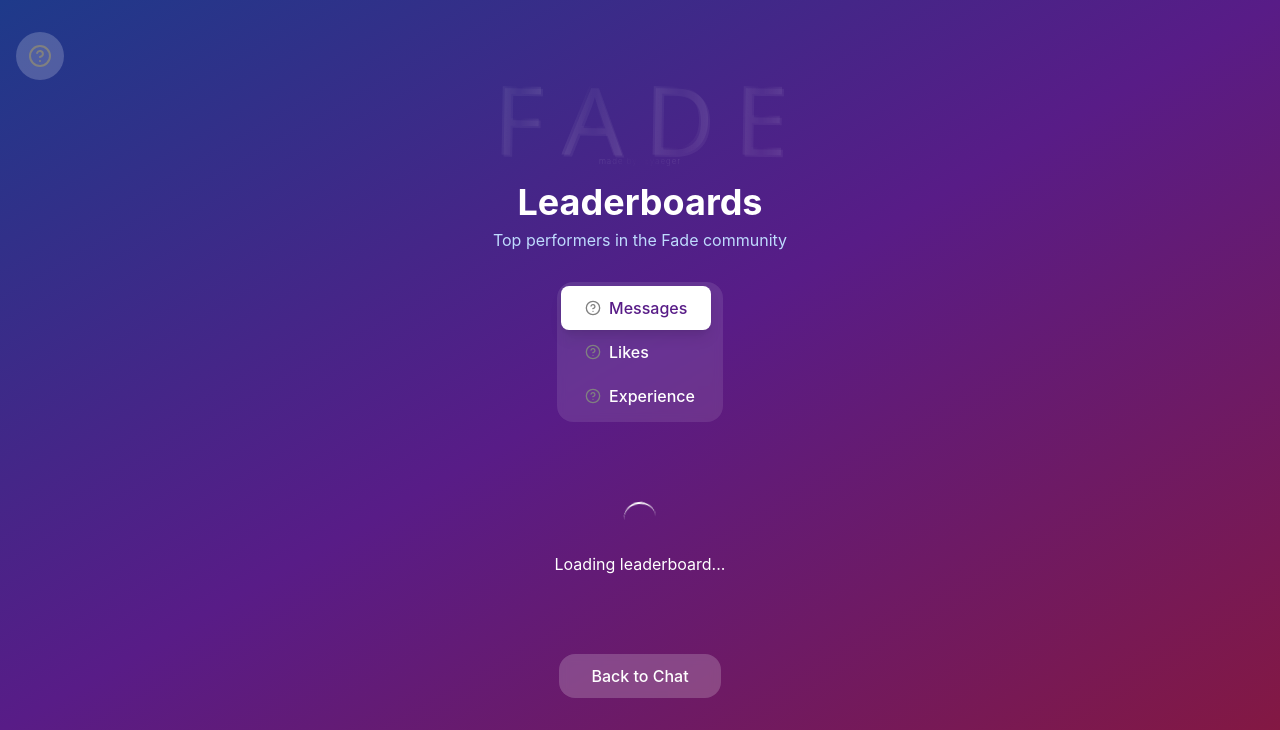
Repository: yaegerbomb42/fade
Page: /leaderboards
The author's editor kept a copy of each file at every save. The page is drawn from the files as they stood at one save, then again after the next save.
The browser window is 1280 px wide. The pictures show the whole page.
The page's requests for data from a server got no answer. The project was rebuilt for these pictures with package versions that can differ from the ones it lists, and the page was loaded fresh each time. No one was signed in, and anything a server would have sent is missing. Also part of the build but not shown: vite.config.mjs, src/components/ErrorBoundary.jsx, src/components/ui/ChannelSelector.jsx, src/components/ui/StatisticsPanel.jsx, src/components/ui/MessageInputPanel.jsx, src/components/ui/TypingIndicatorManager.jsx, src/utils/mobileUtils.js, src/components/auth/AuthModal.jsx and 11 more.

Above is the page before, as saved 2025-07-12 15:17:36.

### index.html
<!doctype html>
<html lang="en">
  <head>
    <meta charset="utf-8" />
    <title>Fade</title>
    <meta name="viewport" content="width=device-width, initial-scale=1.0" />
    <meta name="theme-color" content="#000000" />
    <meta name="description" content="FADE - Ephemeral chat that's here now, gone forever" />
    <meta http-equiv="Content-Security-Policy" content="default-src 'self'; script-src 'self' 'unsafe-inline' 'unsafe-eval' https://static.rocket.new https://pl27125133.profitableratecpm.com https://pl27125481.profitableratecpm.com; style-src 'self' 'unsafe-inline'; img-src 'self' data: https: blob:; connect-src 'self' https://vibrant-bubble-chat-default-rtdb.firebaseio.com wss://s-usc1c-nss-2103.firebaseio.com https://pl27125133.profitableratecpm.com https://pl27125481.profitableratecpm.com; frame-src 'self' https://pl27125133.profitableratecpm.com https://pl27125481.profitableratecpm.com; object-src 'none';">
    <link rel="icon" type="image/svg+xml" href="/favicon.svg" />
    <link rel="manifest" href="/manifest.json" />
<script type="module" src="https://static.rocket.new/rocket-web.js?_cfg=https%3A%2F%2Fvibrantbu8554back.builtwithrocket.new&_be=https%3A%2F%2Fapplication.rocket.new&_v=0.1.4"></script>
</head>
  <body>
    <noscript>You need to enable JavaScript to run this app.</noscript>
    <div class="dhiwise-code" id="root"></div>
    <script type="module" src="/src/index.jsx"></script>
  </body>
</html>

### src/index.jsx
import React from "react";
import { createRoot } from "react-dom/client";
import App from "./App";
import "./styles/tailwind.css";
import "./styles/index.css";

// Register service worker for Monetag verification
if ('serviceWorker' in navigator) {
  window.addEventListener('load', () => {
    navigator.serviceWorker.register('/sw.js')
      .then((registration) => {
        console.log('SW registered: ', registration);
      })
      .catch((registrationError) => {
        console.log('SW registration failed: ', registrationError);
      });
  });
}

const container = document.getElementById("root");
const root = createRoot(container);

root.render(<App />);

### src/App.jsx
import React, { useState, useEffect } from "react";
import { initializeApp } from 'firebase/app';
import { getDatabase } from 'firebase/database';
import Routes from "./Routes";
import { AuthProvider } from "./contexts/AuthContext";

// Firebase configuration
const firebaseConfig = {
  apiKey: "AIzaSyAX1yMBRCUxfsArQWG5XzN4mx-sk4hgqu0",
  authDomain: "vibrant-bubble-chat.firebaseapp.com",
  databaseURL: "https://vibrant-bubble-chat-default-rtdb.firebaseio.com",
  projectId: "vibrant-bubble-chat",
  storageBucket: "vibrant-bubble-chat.appspot.com",
  messagingSenderId: "1084858947817",
  appId: "1:1084858947817:web:bc63c68c7192a742713878"
};

function App() {
  const [database, setDatabase] = useState(null);

  useEffect(() => {
    const app = initializeApp(firebaseConfig);
    setDatabase(getDatabase(app));
  }, []);

  if (!database) {
    return (
      <div className="min-h-screen bg-gradient-to-br from-blue-900 via-purple-900 to-pink-900 flex items-center justify-center">
        <div className="text-white text-xl">Initializing...</div>
      </div>
    );
  }

  return (
    <AuthProvider database={database}>
      <Routes />
    </AuthProvider>
  );
}

export default App;

### src/Routes.jsx
import React from "react";
import { BrowserRouter, Routes as RouterRoutes, Route } from "react-router-dom";
import ScrollToTop from "components/ScrollToTop";
import ErrorBoundary from "components/ErrorBoundary";
import MainChatInterface from "pages/main-chat-interface";
import PrivacyPolicy from "pages/PrivacyPolicy";
import NotFound from "pages/NotFound";
import Leaderboards from "pages/Leaderboards";
import { initializeApp } from 'firebase/app';
import { getDatabase } from 'firebase/database';

// Firebase configuration
const firebaseConfig = {
  apiKey: "AIzaSyAX1yMBRCUxfsArQWG5XzN4mx-sk4hgqu0",
  authDomain: "vibrant-bubble-chat.firebaseapp.com",
  databaseURL: "https://vibrant-bubble-chat-default-rtdb.firebaseio.com",
  projectId: "vibrant-bubble-chat",
  storageBucket: "vibrant-bubble-chat.appspot.com",
  messagingSenderId: "1084858947817",
  appId: "1:1084858947817:web:bc63c68c7192a742713878"
};

const app = initializeApp(firebaseConfig);
const database = getDatabase(app);

const Routes = () => {
  return (
    <BrowserRouter>
      <ErrorBoundary>
        <ScrollToTop />
        <RouterRoutes>
          <Route path="/" element={<MainChatInterface />} />
          <Route path="/channel/:channelId" element={<MainChatInterface />} />
          <Route path="/main-chat-interface" element={<MainChatInterface />} />
          <Route path="/leaderboards" element={<Leaderboards database={database} />} />
          <Route path="/privacy" element={<PrivacyPolicy />} />
          <Route path="*" element={<NotFound />} />
        </RouterRoutes>
      </ErrorBoundary>
    </BrowserRouter>
  );
};

export default Routes;

### src/pages/Leaderboards.jsx
import React, { useState, useEffect } from 'react';
import { useNavigate } from 'react-router-dom';
import { getDatabase, ref, query, orderByChild, limitToLast, get } from 'firebase/database';
import Icon from '../components/AppIcon';
import FadeLogo from '../pages/main-chat-interface/components/FadeLogo';

const Leaderboards = ({ database }) => {
  const navigate = useNavigate();
  const [activeTab, setActiveTab] = useState('messages');
  const [allUsers, setAllUsers] = useState([]);
  const [loading, setLoading] = useState(true);

  // Create placeholder data when no real data exists
  const getPlaceholderData = () => [
    { username: 'Be the first!', totalMessages: 0, totalLikes: 0, xp: 0, level: 1, isPlaceholder: true },
    { username: 'Start chatting', totalMessages: 0, totalLikes: 0, xp: 0, level: 1, isPlaceholder: true },
    { username: 'Join the fun', totalMessages: 0, totalLikes: 0, xp: 0, level: 1, isPlaceholder: true }
  ];

  useEffect(() => {
    if (!database) return;

    const loadAllUsers = async () => {
      setLoading(true);
      try {
        const usersRef = ref(database, 'users');
        const snapshot = await get(usersRef);

        if (snapshot.exists()) {
          const users = Object.entries(snapshot.val())
            .map(([username, userData]) => ({
              username,
              ...userData,
              totalMessages: userData.totalMessages || 0,
              totalLikes: userData.totalLikes || 0,
              xp: userData.xp || 0
            }))
            .filter(user => user.totalMessages > 0 || user.totalLikes > 0 || user.xp > 0);

          setAllUsers(users);
        } else {
          setAllUsers([]);
        }
      } catch (error) {
        console.error('Error loading users:', error);
        setAllUsers([]);
      } finally {
        setLoading(false);
      }
    };

    loadAllUsers();
  }, [database]);

  const getTopUsers = () => {
    let orderField = 'totalMessages';
    if (activeTab === 'likes') orderField = 'totalLikes';
    else if (activeTab === 'xp') orderField = 'xp';

    const realUsers = allUsers
      .sort((a, b) => (b[orderField] || 0) - (a[orderField] || 0))
      .slice(0, 10);

    // If no real users, show placeholder data
    if (realUsers.length === 0) {
      return getPlaceholderData();
    }

    // If less than 3 users, fill with placeholders to show at least 3 entries
    if (realUsers.length < 3) {
      const placeholders = getPlaceholderData().slice(realUsers.length);
      return [...realUsers, ...placeholders];
    }

    return realUsers;
  };

  const getDisplayValue = (user) => {
    switch (activeTab) {
      case 'likes':
        return user.totalLikes || 0;
      case 'xp':
        return user.xp || 0;
      default:
        return user.totalMessages || 0;
    }
  };

  const getDisplayLabel = () => {
    switch (activeTab) {
      case 'likes':
        return 'Likes';
      case 'xp':
        return 'XP';
      default:
        return 'Messages';
    }
  };

  const getRankIcon = (rank) => {
    switch (rank) {
      case 1:
        return '🥇';
      case 2:
        return '🥈';
      case 3:
        return '🥉';
      default:
        return `#${rank}`;
    }
  };

  const getStatusColor = (isOnline) => {
    return isOnline ? 'bg-green-500' : 'bg-gray-400';
  };

  return (
    <div className="min-h-screen bg-gradient-to-br from-blue-900 via-purple-900 to-pink-900">
      <div className="container mx-auto px-4 py-8">
        {/* Header */}
        <div className="text-center mb-8">
          <div className="flex items-center justify-center mb-4">
            <button
              onClick={() => navigate('/')}
              className="absolute left-4 top-8 bg-white bg-opacity-20 hover:bg-opacity-30 text-white p-3 rounded-full transition-all duration-200"
            >
              <Icon name="arrow-left" className="w-6 h-6" />
            </button>
            <FadeLogo className="w-16 h-16" />
          </div>
          <h1 className="text-4xl font-bold text-white mb-2">Leaderboards</h1>
          <p className="text-blue-200">Top performers in the Fade community</p>
        </div>

        {/* Tabs */}
        <div className="flex justify-center mb-8">
          <div className="bg-white bg-opacity-10 rounded-xl p-1 backdrop-blur-sm">
            {[
              { key: 'messages', label: 'Messages', icon: 'message-square' },
              { key: 'likes', label: 'Likes', icon: 'heart' },
              { key: 'xp', label: 'Experience', icon: 'zap' }
            ].map(tab => (
              <button
                key={tab.key}
                onClick={() => setActiveTab(tab.key)}
                className={`px-6 py-3 rounded-lg font-medium transition-all duration-200 flex items-center space-x-2 ${
                  activeTab === tab.key
                    ? 'bg-white text-purple-900 shadow-lg'
                    : 'text-white hover:bg-white hover:bg-opacity-20'
                }`}
              >
                <Icon name={tab.icon} className="w-4 h-4" />
                <span>{tab.label}</span>
              </button>
            ))}
          </div>
        </div>

        {/* Leaderboard */}
        <div className="max-w-4xl mx-auto">
          {loading ? (
            <div className="text-center py-12">
              <div className="inline-block animate-spin rounded-full h-8 w-8 border-b-2 border-white"></div>
              <p className="text-white mt-4">Loading leaderboard...</p>
            </div>
          ) : (
            <div className="space-y-4">
              {getTopUsers().map((user, index) => (
                <div
                  key={user.isPlaceholder ? `placeholder-${index}` : user.username}
                  className={`backdrop-blur-md rounded-2xl p-6 transition-all duration-300 hover:scale-[1.02] ${
                    user.isPlaceholder
                      ? 'bg-white/5 border border-white/10'
                      : index < 3
                        ? 'bg-gradient-to-r from-yellow-500/20 to-orange-500/20 border-2 border-yellow-400/50 shadow-xl'
                        : 'bg-white/10 border border-white/20'
                  }`}
                >
                  <div className="flex items-center justify-between">
                    <div className="flex items-center space-x-4">
                      {/* Rank Icon */}
                      <div className={`flex items-center justify-center w-14 h-14 rounded-full font-bold text-lg ${
                        user.isPlaceholder
                          ? 'bg-gray-500/30 text-gray-400'
                          : index < 3
                            ? 'bg-gradient-to-br from-yellow-400 to-orange-500 text-white shadow-lg'
                            : 'bg-white/20 text-white'
                      }`}>
                        {user.isPlaceholder ? '?' : getRankIcon(index + 1)}
                      </div>

                      {/* User Info */}
                      <div className="flex items-center space-x-4">
                        <div className={`w-12 h-12 rounded-full flex items-center justify-center text-lg font-bold ${
                          user.isPlaceholder
                            ? 'bg-gray-500/30 text-gray-400'
                            : 'bg-gradient-to-br from-blue-500 to-purple-600 text-white'
                        }`}>
                          {user.isPlaceholder ? '?' : user.username.charAt(0).toUpperCase()}
                        </div>

                        <div>
                          <div className="flex items-center space-x-2">
                            <h3 className={`font-bold ${user.isPlaceholder ? 'text-gray-400' : 'text-white'}`}>
                              {user.isPlaceholder ? user.username : `@${user.username}`}
                            </h3>
                            {!user.isPlaceholder && (
                              <div className={`w-2 h-2 rounded-full ${getStatusColor(user.isOnline)}`}></div>
                            )}
                          </div>
                          <div className="flex items-center space-x-3 text-sm">
                            <span className={user.isPlaceholder ? 'text-gray-400' : 'text-blue-200'}>
                              Level {user.level || 1}
                            </span>
                            <span className="text-gray-400">•</span>
                            <span className={user.isPlaceholder ? 'text-gray-400' : 'text-gray-300'}>
                              {user.xp || 0} XP
                            </span>
                          </div>
                        </div>
                      </div>
                    </div>

                    {/* Stats */}
                    <div className="text-right">
                      <div className={`text-3xl font-bold ${user.isPlaceholder ? 'text-gray-400' : 'text-white'}`}>
                        {getDisplayValue(user).toLocaleString()}
                      </div>
                      <div className={`text-sm ${user.isPlaceholder ? 'text-gray-500' : 'text-blue-200'}`}>
                        {getDisplayLabel()}
                      </div>

                      {/* Progress bar for visual appeal */}
                      <div className="mt-2 w-24 h-2 bg-white/10 rounded-full overflow-hidden">
                        <div
                          className={`h-full rounded-full transition-all duration-1000 ${
                            user.isPlaceholder
                              ? 'bg-gray-500/30 w-0'
                              : index < 3
                                ? 'bg-gradient-to-r from-yellow-400 to-orange-500'
                                : 'bg-gradient-to-r from-blue-500 to-purple-600'
                          }`}
                          style={{
                            width: user.isPlaceholder
                              ? '0%'
                              : `${Math.min(100, (getDisplayValue(user) / Math.max(getDisplayValue(getTopUsers()[0]), 1)) * 100)}%`
                          }}
                        ></div>
                      </div>
                    </div>
                  </div>

                  {/* Additional stats for top 3 */}
                  {(index < 3 && !user.isPlaceholder) && (
                    <div className="mt-6 pt-4 border-t border-white/20">
                      <div className="grid grid-cols-3 gap-6 text-center">
                        <div>
                          <div className="text-white font-bold text-lg">{user.totalMessages || 0}</div>
                          <div className="text-blue-200 text-sm">Messages</div>
                        </div>
                        <div>
                          <div className="text-white font-bold text-lg">{user.totalLikes || 0}</div>
                          <div className="text-blue-200 text-sm">Likes</div>
                        </div>
                        <div>
                          <div className="text-white font-bold text-lg">
                            {user.createdAt ?
                              Math.floor((Date.now() - new Date(user.createdAt).getTime()) / (1000 * 60 * 60 * 24))
                              : 0
                            }
                          </div>
                          <div className="text-blue-200 text-sm">Days</div>
                        </div>
                      </div>
                    </div>
                  )}
                </div>
              ))}
            </div>
          )}
        </div>

        {/* Back to Chat Button */}
        <div className="text-center mt-8">
          <button
            onClick={() => navigate('/')}
            className="bg-white bg-opacity-20 hover:bg-opacity-30 text-white px-8 py-3 rounded-xl font-medium transition-all duration-200 backdrop-blur-sm"
          >
            Back to Chat
          </button>
        </div>
      </div>
    </div>
  );
};

export default Leaderboards;

### src/pages/main-chat-interface/components/FadeLogo.jsx
// src/pages/main-chat-interface/components/FadeLogo.jsx
import React, { useState, useEffect } from 'react';

const FadeLogo = () => {
  const [showSlogan, setShowSlogan] = useState(true);
  const [isInitialLoad, setIsInitialLoad] = useState(true);

  useEffect(() => {
    // Start fading out after 3 seconds, complete fade by 5 seconds
    const fadeTimer = setTimeout(() => {
      setShowSlogan(false);
    }, 3000);

    const hideTimer = setTimeout(() => {
      setIsInitialLoad(false);
    }, 5000);

    return () => {
      clearTimeout(fadeTimer);
      clearTimeout(hideTimer);
    };
  }, []);

  return (
    <section className="fade-logo-container logo-small">
      <div className="c">
        <div className="l">F</div>
        <div className="l">A</div>
        <div className="l">D</div>
        <div className="l">E</div>
      </div>

      {/* Made by @yaeger credit - always visible directly under FADE */}
      <div className="credit-container persistent">
        <div className="credit-text">made by @yaeger</div>
      </div>

      {isInitialLoad && (
        <div className={`slogan-container ${showSlogan ? 'visible' : 'fading'}`}>
          <div className="slogan-text">
            here now, gone forever
          </div>
        </div>
      )}
    </section>
  );
};

export default FadeLogo;

Loaded but not shown: src/styles/tailwind.css (library); src/components/ScrollToTop.jsx (common file); src/components/AppIcon.jsx (common file); tailwind.config.js (120 lines, source omitted); src/utils/userIdentity.js (81 lines, source omitted); src/styles/index.css (1120 lines, source omitted); src/contexts/AuthContext.jsx (290 lines, source omitted)

After the next save:
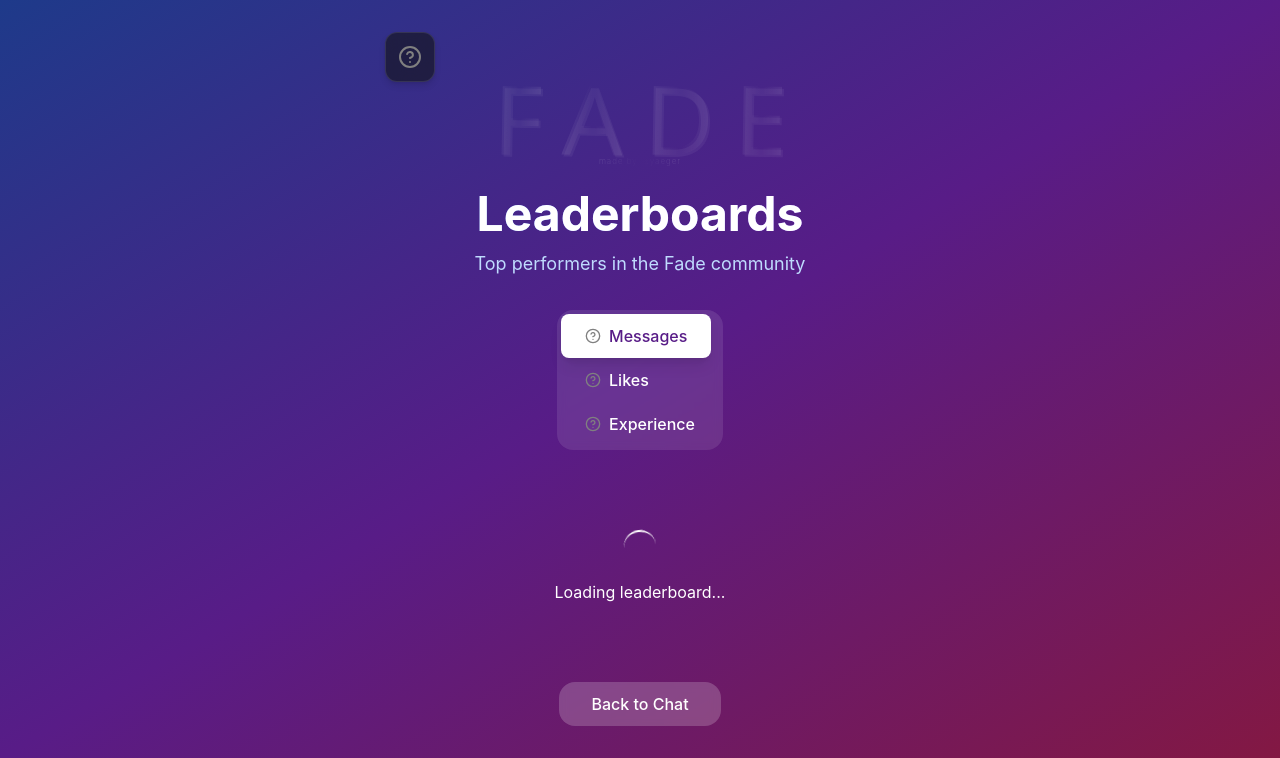
Saved 10 s later.
--- a/src/pages/Leaderboards.jsx
+++ b/src/pages/Leaderboards.jsx
@@ -118,18 +118,21 @@ const Leaderboards = ({ database }) => {
     <div className="min-h-screen bg-gradient-to-br from-blue-900 via-purple-900 to-pink-900">
       <div className="container mx-auto px-4 py-8">
         {/* Header */}
-        <div className="text-center mb-8">
-          <div className="flex items-center justify-center mb-4">
-            <button
-              onClick={() => navigate('/')}
-              className="absolute left-4 top-8 bg-white bg-opacity-20 hover:bg-opacity-30 text-white p-3 rounded-full transition-all duration-200"
-            >
-              <Icon name="arrow-left" className="w-6 h-6" />
-            </button>
-            <FadeLogo className="w-16 h-16" />
+        <div className="text-center mb-8 relative">
+          <button
+            onClick={() => navigate('/')}
+            className="absolute left-0 top-0 glass-panel p-3 hover:bg-white/20 text-white transition-all duration-200 backdrop-blur-md rounded-xl"
+          >
+            <Icon name="arrow-left" className="w-6 h-6" />
+          </button>
+
+          <div className="flex items-center justify-center mb-6">
+            <FadeLogo className="w-20 h-20" />
           </div>
-          <h1 className="text-4xl font-bold text-white mb-2">Leaderboards</h1>
-          <p className="text-blue-200">Top performers in the Fade community</p>
+          <h1 className="text-5xl font-bold text-white mb-3 bg-gradient-to-r from-blue-400 to-purple-400 bg-clip-text text-transparent">
+            Leaderboards
+          </h1>
+          <p className="text-blue-200 text-lg">Top performers in the Fade community</p>
         </div>
 
         {/* Tabs */}
